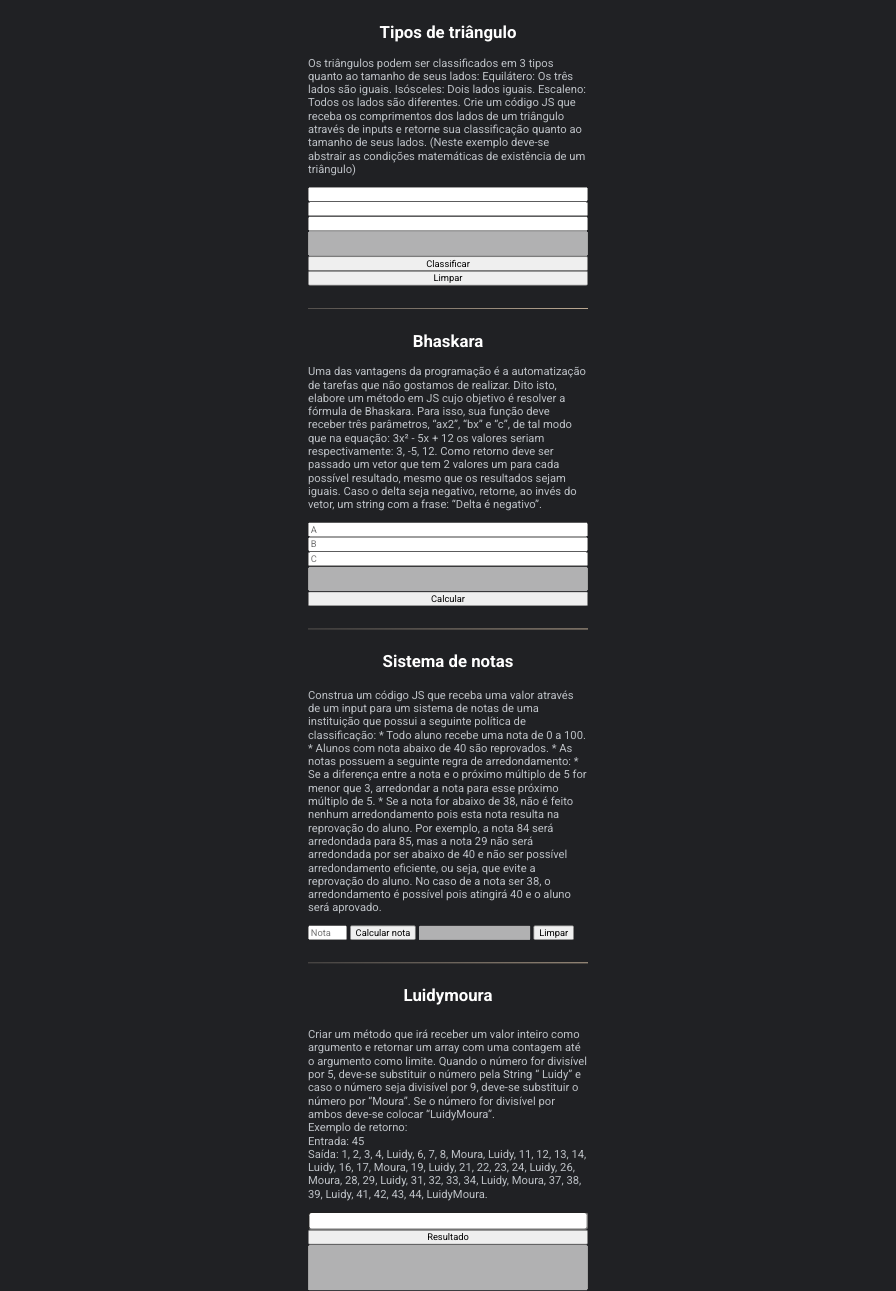
Repository: viviij/Fun-es-Simples-JavaScript
Page: index.html
The author's editor kept a copy of each file at every save. The page is drawn from the files as they stood at one save, then again after the next save.
The browser window is 1280 px wide. The pictures show the whole page, at 70% of full size.

Above is the page before, as saved 2022-08-26 21:27:20.

### index.html
<!DOCTYPE html>
<html lang="ptBR">
  <head>
    <meta charset="UTF-8">
    <link rel="preconnect" href="https://fonts.gstatic.com" crossorigin>
    <link rel="preconnect" href="https://fonts.googleapis.com">
    <meta http-equiv="X-UA-Compatible" content="IE=edge">
    <meta name="viewport" content="width=device-width, initial-scale=1.0">

    <link href="https://fonts.googleapis.com/css2?family=Roboto:wght@400;700&display=swap" rel="stylesheet">

    <link rel="stylesheet" href="styles.css">
    <title>Prova C3C</title>
  </head>
  <body>
    <div class="container">
      <section class="tipos_de_Triângulo">
        <header>
          <h1>Tipos de triângulo</h1>
          <p>
            Os triângulos podem ser classificados em 3 tipos quanto ao tamanho de seus lados:

            Equilátero: Os três lados são iguais.
            Isósceles: Dois lados iguais.
            Escaleno: Todos os lados são diferentes.

            Crie um código JS que receba os comprimentos dos lados de um triângulo através de inputs e retorne sua classificação quanto ao tamanho de seus lados. (Neste exemplo deve-se abstrair as condições matemáticas de existência de um triângulo)
          </p>

        </header>
        <div class="main">
          <input type="number" name="trianguloLado1" id="trianguloLado1"/>
          <input type="number" name="trianguloLado2" id="trianguloLado2"/>
          <input type="number" name="trianguloLado3" id="trianguloLado3"/>

          <textarea type="text" name="tipoDeTriangulo" id="tipoDeTriangulo" style="resize: none" disabled></textarea>

          <button id="classificacaoTriangulo">Classificar</button>
          <button id="limparInputBotao">Limpar</button>
        </div>
      </section>

      <div class="linhaDeDivisaoDasQuestoes"></div>

      <section class="Bhaskara">
        <header>
          <h2>Bhaskara</h2>
          <p>Uma das vantagens da programação é a automatização de tarefas que não gostamos de realizar. Dito isto, elabore um método em JS cujo objetivo é resolver a fórmula de Bhaskara.

            Para isso, sua função deve receber três parâmetros, “ax2”, “bx” e “c”, de tal modo que na equação: 3x² - 5x + 12 os valores seriam respectivamente: 3, -5, 12.

            Como retorno deve ser passado um vetor que tem 2 valores um para cada possível resultado, mesmo que os resultados sejam iguais.

            Caso o delta seja negativo, retorne, ao invés do vetor, um string com a frase: “Delta é negativo”.</p>
        </header>
        <div class="main">
          <input type="number" name="bhaskaraValorA" id="bhaskaraValorA" placeholder="A"/>
          <input type="number" name="bhaskaraValorB" id="bhaskaraValorB" placeholder="B"/>
          <input type="number" name="bhaskaraValorC" id="bhaskaraValorC" placeholder="C"/>

          <textarea type="text" name="resultadoBhaskara" id="resultadoBhaskara" style="resize: none" disabled></textarea>
          <button id="calcularBhaskara">Calcular</button>
        </div>
      </section>

      <div class="linhaDeDivisaoDasQuestoes"></div>

      <section class="Sistema de Notas">
        <header>
          <h3>Sistema de notas</h3>
          <p>Construa um código JS que receba uma valor através de um input para um sistema de notas de uma instituição que possui a seguinte política de classificação:

          * Todo aluno recebe uma nota de 0 a 100.
          * Alunos com nota abaixo de 40 são reprovados.
          * As notas possuem a seguinte regra de arredondamento:
            * Se a diferença entre a nota e o próximo múltiplo de 5 for menor que 3, arredondar a nota para esse próximo múltiplo de 5.
            * Se a nota for abaixo de 38, não é feito nenhum arredondamento pois esta nota resulta na reprovação do aluno.

          Por exemplo, a nota 84 será arredondada para 85, mas a nota 29 não será arredondada por ser abaixo de 40 e não ser possível arredondamento eficiente, ou seja, que evite a reprovação do aluno.
          No caso de a nota ser 38, o arredondamento é possível pois atingirá 40 e o aluno será aprovado.</p>
        </header>
        <div class="main">
          <input type="number" name="notaRecebida" id="notaRecebida"  min="0" max="100" placeholder="Nota"/>
          <button id="calcularNota">Calcular nota</button>

          <input type="text" name="arredondamentoNota" id="arredondamentoNota" disabled/>
          <button id="limparNota">Limpar</button>
        </div>
      </section>

      <div class="linhaDeDivisaoDasQuestoes"></div>

      <section class="LuidyMoura">
        <header>
          <h4>Luidymoura</h4>
          <p>Criar um método que irá receber um valor inteiro como argumento e retornar um array com uma contagem até o argumento como limite.

          Quando o número for divisível por 5, deve-se substituir o número pela String “ Luidy” e caso o número seja divisível por 9, deve-se substituir o número por  “Moura”.
          Se o número for divisível por ambos deve-se colocar “LuidyMoura”.
          <br/>
          Exemplo de retorno:
          <br/>

          Entrada:
          45
          <br/>

          Saída:
          1, 2, 3, 4, Luidy, 6, 7, 8, Moura, Luidy, 11, 12, 13, 14, Luidy, 16, 17, Moura, 19, Luidy, 21, 22, 23, 24, Luidy, 26, Moura, 28, 29, Luidy, 31, 32, 33, 34, Luidy, Moura, 37, 38, 39, Luidy, 41, 42, 43, 44, LuidyMoura.</p>
        </header>
        <div class="main">
          <input type="number" name="valorLuidyMoura" id="valorLuidyMoura">
          <button id="calculoLuidyMoura">Resultado</button>
          <textarea type="form" name="resultadoLuidyMoura" id="resultadoLuidyMoura" style="resize: none" disabled></textarea>
        </div>
      </section>
    </div>
    <script src="./js/tipos_de_triangulo.js"></script>
    <script src="./js/sistema_de_notas.js"></script>
    <script src="./js/luidymoura.js"></script>
    <script src="./js/bhaskara.js"></script>
  </body>
</html>

### styles.css
body {
  margin: 0;
  padding: 0;
  box-sizing: border-box;
  background: var(--background-color);
  display: flex;
  justify-content: center;
  font-family: 'Roboto', sans-serif;
  font-weight: 400;
}

body h1,
h2,
h3,
h4,
h5,
h6,
h7,
h8 {
  font-family: 'Roboto', sans-serif;
  font-weight: 700;
}

button,
input,
textarea,
select {
  outline: 0;
  font-family: 'Roboto', sans-serif;
  font-weight: 400;
}

a {
  text-decoration: none;
}

ul {
  list-style: none;
}

:root {
  /*CORES GLOBAIS*/
  --text-color: #bdc1c6;
  --background-color: #202124;
  --title-color: #ffffff;

}

.container section {
  max-height: auto;
  max-width: 400px;
}

section {
  color: var(--text-color);
  margin-top: 2rem;
}

.linhaDeDivisaoDasQuestoes {
  margin: 2rem 0;
}

.container .linhaDeDivisaoDasQuestoes {
  height: 1px;
  background: linear-gradient(270deg,
      hsla(33, 100%, 88%, 1) 0%,
      hsla(33, 65%, 88%, 0.34) 100%);
}

section h1,
h2,
h3,
h4,
h5 {
  display: flex;
  justify-content: center;
  font-size: 1.5rem;
  color: var(--title-color);
}

/*Tipos_de_Triângulo QUESTAO 1*/

.tipos_de_Triângulo .main {
  display: flex;
  flex-direction: column;
}


#trianguloLado1,
#trianguloLado2,
#trianguloLado3 {
  text-align: center;
}

.container .questao_2 {}

/*Bhaskara QUESTAO 2*/
.Bhaskara .main {
  display: flex;
  flex-direction: column;
}

/*Sistema de notas QUESTAO 3*/


/*LuidyMoura QUESTAO 4*/
.LuidyMoura .main {
  display: flex;
  flex-direction: column;
}

#tipoDeTriangulo {
  text-align: center;
}

#valorLuidyMoura {
  height: 20px;
  width: auto;
  box-shadow: none;
  border-radius: 5px;
  text-align: center;
}

#calculoLuidyMoura {
  width: 100%;
}

#resultadoLuidyMoura {
  height: 60px;

}

### js/tipos_de_triangulo.js
//Selecionando itens do HTML
const trianLado1 = document.querySelector("#trianguloLado1");
const trianLado2 = document.querySelector("#trianguloLado2");
const trianLado3 = document.querySelector("#trianguloLado3");
const tipoDeTrian = document.querySelector("#tipoDeTriangulo");
const classTrian = document.querySelector("#classificacaoTriangulo") ;
const limparInput = document.querySelector("#limparInputBotao");
//Marcar "erro" caso alguma resposta nao seja preenchida
trianLado1.onblur = () => {
  if(trianLado1.value == "") {
    trianLado1.style = "border-color: #aa0044";
  }else{
    trianLado1.style = "color: #000000";
  }
}

trianLado2.onblur = () => {
  if(trianLado2.value == "") {
    trianLado2.style = "border-color: #aa0044";
  }else{
    trianLado2.style = "color: #000000";
  }
}

trianLado3.onblur = () => {
  if(trianLado3.value == "") {
    trianLado3.style = "border-color: #aa0044";
  }else{
    trianLado3.style = "color: #000000";
  }
}

//Limpar input apos clicar no botao Limpar
limparInput.onclick = () => {
  trianLado1.value = "";
  trianLado2.value = "";
  trianLado3.value = "";
  tipoDeTrian.value = "";
}

//Classificar o tipo de triangulo apos clicar no botao Classificar
classTrian.onclick = () => {
  //Dar foco no input vazio
  if (trianLado1.value == "" && trianLado2.value != "" && trianLado3.value != "") {
    trianLado1.focus();
  }else if (trianLado2.value == "" && trianLado1.value != "" && trianLado3.value != "") {
    trianLado2.focus();
  }else if (trianLado3.value == "" && trianLado1.value != "" && trianLado2.value != "") {
    trianLado3.focus();
  }

  if(trianLado1.value != "" && trianLado2.value != "" && trianLado3.value != "") {

    if (trianLado1.value != trianLado2.value && trianLado1.value != trianLado3.value && trianLado2.value != trianLado3.value) {
      tipoDeTrian.value = "Escaleno: Todos os lados são diferentes.";

    }else if (trianLado1.value == trianLado2.value && trianLado1.value == trianLado3.value && trianLado2.value == trianLado3.value) {
      tipoDeTrian.value = "Equilátero: Os três lados são iguais.";

    }else{
      tipoDeTrian.value = "Isósceles: Dois lados iguais.";

    }
  }
}

### js/sistema_de_notas.js
const notaRec = document.querySelector("#notaRecebida");
const arreNota = document.querySelector("#arredondamentoNota");
const calcNota = document.querySelector("#calcularNota");
const limparNota = document.querySelector("#limparNota")

//Marcar "erro" caso alguma resposta nao seja preenchida
notaRec.onblur = () => {
  if(notaRec.value == "") {
    notaRec.style = "border-color: #aa0044";
  }else{
    notaRec.style = "color: #000000";
  }
}

//Limpar input apos clicar no botao Limpar
limparNota.onclick = () => {
  notaRec.value = "";
  arreNota.value = "";
}

calcNota.onclick = () => {
  //Dar foco no input vazio
  if (notaRec.value == "") {
    notaRec.focus();
  }
  if(notaRec.value != "") {
    //Função do calculo da nota
    if (notaRec.value > 100 || notaRec.value < 0) {
      arreNota.value = "Valor inválido! Por favor digite um numero de 0 a 100.";
    }else if (notaRec.value < 38) {
      return arreNota.value = "Nem com milagre esse ser vai passar :("
    }

    const tabuadaDo5 = [5, 10, 15, 20, 25, 30, 35, 40, 45, 50, 55, 60, 65, 70, 75, 80, 85, 90, 95, 100];

    for (let i in tabuadaDo5) {
      const int = (nota) => {
        nota = Number.parseFloat(nota);
        return nota
      }
      if (int(notaRec.value)+2 >= tabuadaDo5[i]) {
        arreNota.value = tabuadaDo5[i];
      }
    }
  }
}

### js/luidymoura.js
const valorLuidyM = document.querySelector("#valorLuidyMoura")
const resLuidyM = document.querySelector("#resultadoLuidyMoura")
const calcLuidyM = document.querySelector("#calculoLuidyMoura")
function range(n) {//Função responsavel po ir do 0 até o valor x
  const listaNumerica = []
  for (i = 0; i < n; i++) {
    listaNumerica.push(i+1)
  }

  return listaNumerica
}

//Marcar "erro" caso alguma resposta nao seja preenchida
valorLuidyM.onblur = () => {
  if(valorLuidyM.value == "") {
    valorLuidyM.style = "border-color: #aa0044";
  }else{
    valorLuidyM.style = "color: #000000";
  }
}

calcLuidyM.onclick = () => {
  //dar focus no input caso n tenha sido preenchido
  if (valorLuidyM.value == "") {
    valorLuidyM.focus();
  }

  //logica do luidymoura
  if (valorLuidyM != "") {
    contagem = range(valorLuidyM.value)

    //Divisivel por 9 e 5
    let lista = []
    for (let contador in contagem) {

      //divisivel apenas por 5
      if (contagem[contador] % 9 != 0 && contagem[contador] % 5 == 0) {
        lista.push("Luidy")
      }

      //Divisivel apenas por 9
      if (contagem[contador] % 9 == 0 && contagem[contador] % 5 != 0) {
        lista.push("Moura")
      }

      //divisivel por 5 e 9
      if (contagem[contador] % 9 == 0 && contagem[contador] % 5 == 0) {
        lista.push("LuidyMoura")
      }else if (contagem[contador] % 9 != 0 && contagem[contador] % 5 != 0){
        lista.push(contagem[contador])
      }
    }
    resLuidyM.value = lista
  }

}

### js/bhaskara.js
//Selecionando itens do HTML
const bhaskaVA = document.querySelector("#bhaskaraValorA");
const bhaskaVB = document.querySelector("#bhaskaraValorB");
const bhaskaVC = document.querySelector("#bhaskaraValorC");
const resBhaska = document.querySelector("#resultadoBhaskara");
const calcBhaska = document.querySelector("#calcularBhaskara");
//Marcar "erro" caso alguma resposta nao seja preenchida
bhaskaVA.onblur = () => {
  if(bhaskaVA.value == "") {
    bhaskaVA.style = "border-color: #aa0044";
  }else{
    bhaskaVA.style = "color: #000000";
  }
}

bhaskaVB.onblur = () => {
  if(bhaskaVB.value == "") {
    bhaskaVB.style = "border-color: #aa0044";
  }else{
    bhaskaVB.style = "color: #000000";
  }
}

bhaskaVC.onblur = () => {
  if(bhaskaVC.value == "") {
    bhaskaVC.style = "border-color: #aa0044";
  }else{
    bhaskaVC.style = "color: #000000";
  }
}

//Calcular os valores de bhaskara


calcBhaska.onclick = () => {
  //Dar foco no input vazio
  if (bhaskaVA.value == "" && bhaskaVB.value != "" && bhaskaVC.value != "") {
    bhaskaVA.focus();
  }else if (bhaskaVB.value == "" && bhaskaVA.value != "" && bhaskaVC.value != "") {
    bhaskaVB.focus();
  }else if (bhaskaVC.value == "" && bhaskaVA.value != "" && bhaskaVB.value != "") {
    bhaskaVC.focus();
  }

  if (bhaskaVC.value != "" && bhaskaVA.value != "" && bhaskaVB.value != ""){
    //Função de bhaskara
    const valorDelta = (bhaskaVB.value*bhaskaVB.value) - 4*bhaskaVA.value*(bhaskaVC.value);

    if(valorDelta < 0) {
      resBhaska.value = "Delta é negativo";
    }else{
      let calculoDeX = (-bhaskaVB.value+Math.sqrt(valorDelta))/(2*bhaskaVA.value);
      let calculoDeX2 = (-bhaskaVB.value-Math.sqrt(valorDelta))/(2*bhaskaVA.value);
      bhaskaVA.value = ""
      bhaskaVB.value = ""
      bhaskaVC.value = ""

      resBhaska.value = [calculoDeX, calculoDeX2];
    }
  }
}

After the next save:
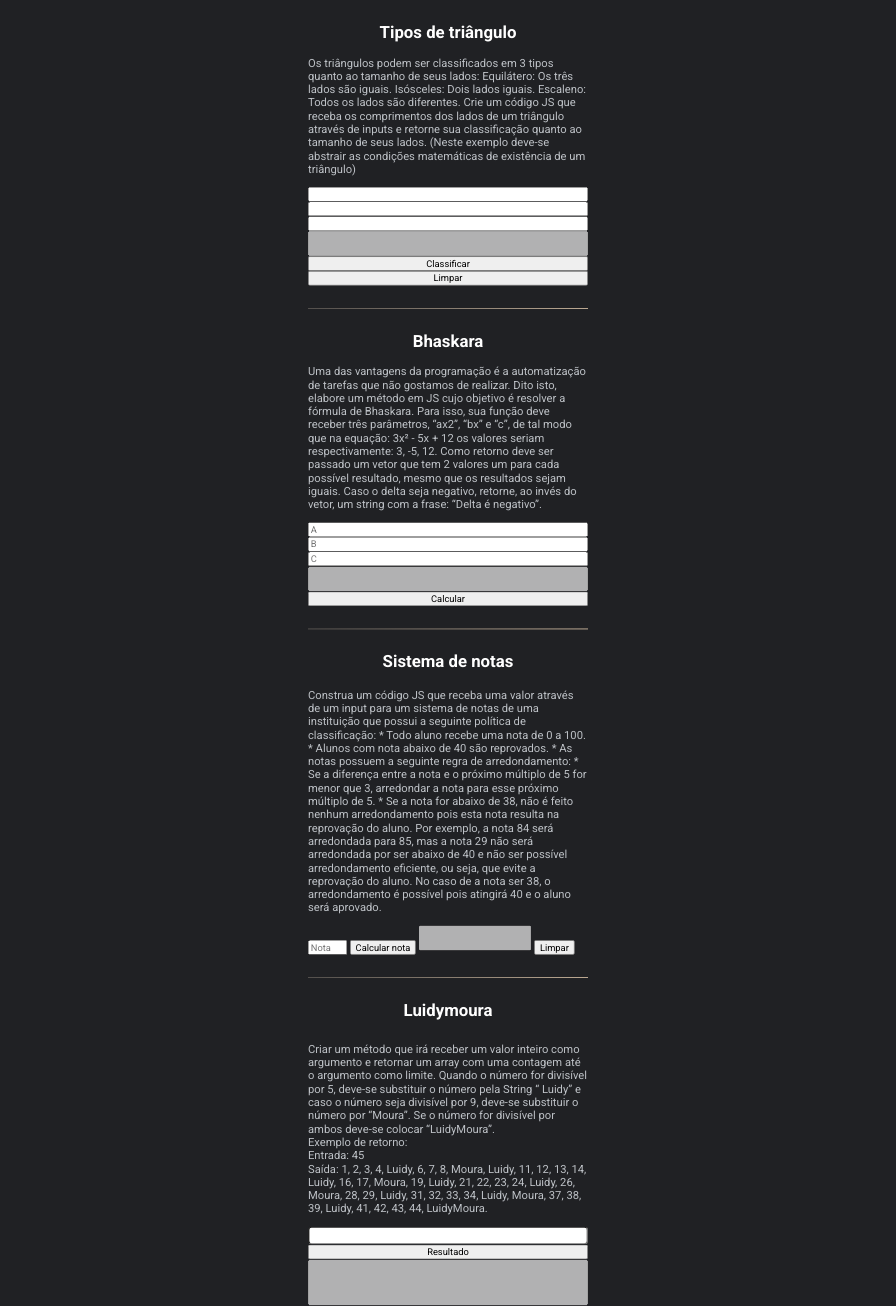
Saved 8 min 55 s later.
--- a/index.html
+++ b/index.html
@@ -65,7 +65,7 @@
 
       <div class="linhaDeDivisaoDasQuestoes"></div>
 
-      <section class="Sistema de Notas">
+      <section class="sistema_De_Notas">
         <header>
           <h3>Sistema de notas</h3>
           <p>Construa um código JS que receba uma valor através de um input para um sistema de notas de uma instituição que possui a seguinte política de classificação:
@@ -83,7 +83,7 @@
           <input type="number" name="notaRecebida" id="notaRecebida"  min="0" max="100" placeholder="Nota"/>
           <button id="calcularNota">Calcular nota</button>
 
-          <input type="text" name="arredondamentoNota" id="arredondamentoNota" disabled/>
+          <textarea type="text" name="arredondamentoNota" id="arredondamentoNota" style="resize: none" disabled></textarea>
           <button id="limparNota">Limpar</button>
         </div>
       </section>
